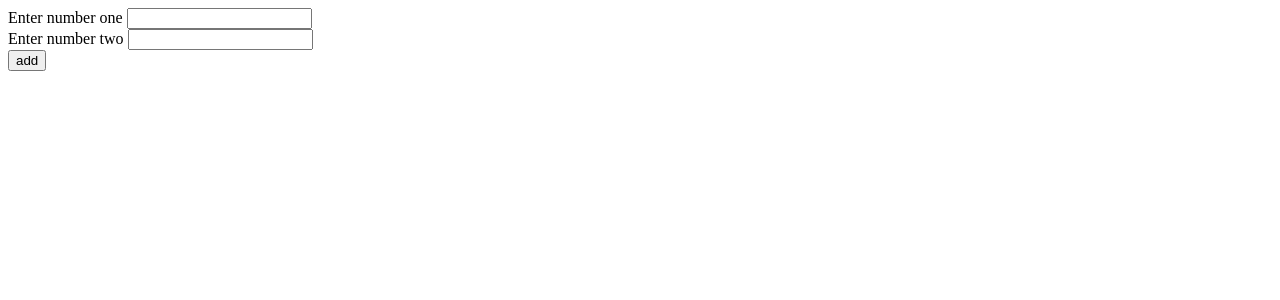
Repository: pauljinn/Java-Course
Page: http://localhost/SpringMVC/
The author's editor kept a copy of each file at every save. The page is drawn from the files as they stood at one save, then again after the next save.
The browser window is 1280 px wide. The pictures show the whole page.
The page is served by Tomcat 10. Other server files are loaded and not shown.

Above is the page before, as saved 2025-02-27 23:11:16.

### SpringMVC/src/main/webapp/index.jsp
<%@ page language="java" contentType="text/html; charset=UTF-8"
	pageEncoding="UTF-8"%>
<!DOCTYPE html>
<html>
<head>
<meta charset="UTF-8">
<title>Insert title here</title>
</head>
<body>
	<form action="add">
		<label for="numOne">Enter number one</label> <input type="number"
			name="numOne" /> <br /> <label for="numTwo">Enter number
			two</label> <input type="number" name="numTwo" /> <br /> <input
			type="submit" value="add" />
	</form>
</body>
</html>

After the next save:
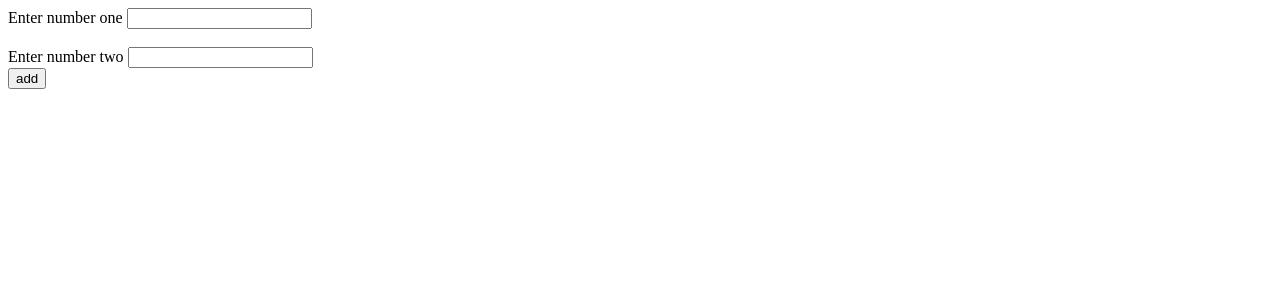
Saved 20 s later.
--- a/SpringMVC/src/main/webapp/index.jsp
+++ b/SpringMVC/src/main/webapp/index.jsp
@@ -9,7 +9,7 @@
 <body>
 	<form action="add">
 		<label for="numOne">Enter number one</label> <input type="number"
-			name="numOne" /> <br /> <label for="numTwo">Enter number
+			name="numOne" /> <br /> <br/> <label for="numTwo">Enter number
 			two</label> <input type="number" name="numTwo" /> <br /> <input
 			type="submit" value="add" />
 	</form>
